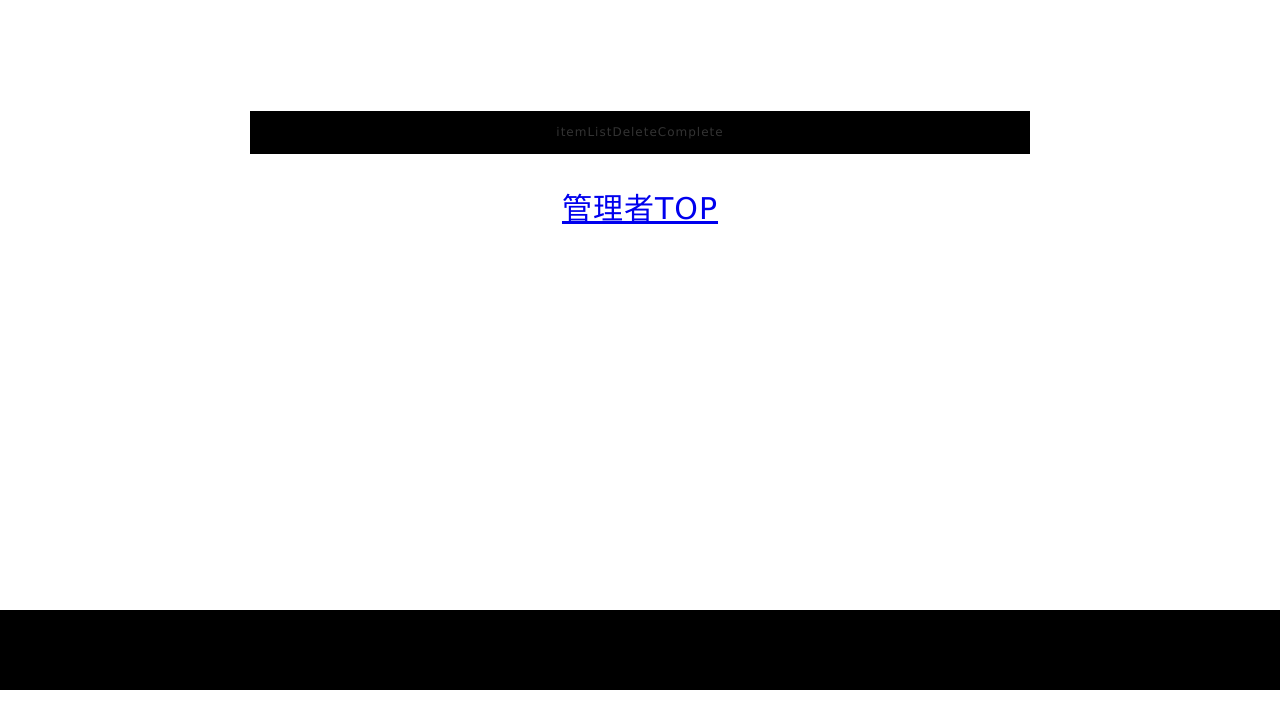
Repository: kazuki000/test
Page: http://localhost/ecsite/itemListDeleteComplete.jsp
The author's editor kept a copy of each file at every save. The page is drawn from the files as they stood at one save, then again after the next save.
The browser window is 1280 px wide. The pictures show the whole page.
The page is served by Tomcat 9. Other server files are loaded and not shown.

Above is the page before, as saved 2019-05-04 07:53:56.

### ecsite/WebContent/itemListDeleteComplete.jsp
<%@ page language="java" contentType="text/html; charset=UTF-8"
    pageEncoding="UTF-8"%>
<%@ taglib prefix="s" uri="/struts-tags"%>
<!DOCTYPE html PUBLIC "-//W3C//DTD HTML 4.01 Transitional//EN" "http://www.w3.org/TR/html4/loose.dtd">
<html>
<head>
	<meta http-equiv="Content-Type" content="text/html; charset=UTF-8">
	<meta http-equiv="Content-Style-Type" content="text/css"/>
	<meta http-equiv="Content-Script-Type" content="text/javascript"/>
	<meta http-equiv="imagetoolbar" content="no"/>
	<meta http-equiv="description" content=""/>
	<meta http-equiv="keywords" content=""/>
	<title>Insert title here</title>

	<style type="text/css">

	body{
		margin:0;
		padding:0;
		line-height:1.6;
		letter-spacing:1px;
		font-size:12px;
		font-family:Verdana,Helvetica,sans-serif;
		color:#333;
		background:#fff;
	}
	table{
		text-align:center;
		margin:0 auto;
	}

	#top{
		width:780px;
		margin:30px auto;
		background-color:black;
		border:1px solid #fff;
	}

	#header{
		width:100%;
		height:80px;
		background-color:#fff;
	}


	#main{
		margin:center;
		width:100%;
		height:500px;
		text-align:center;
	}

	#main2{
		font-size:30px;
	}

	#footer{
		width:100%;
		height:80px;
		background-color:black;
	}

	</style>
</head>
<body>
	<div id="header">
			<div id="pr">
			</div>
	</div>
	<div id="main">
			<div id="top">
					<p>itemListDeleteComplete</p>
			</div>
			<div id="main2">
				<a href='<s:url action="AdminAction"/>'>管理者TOP</a>
			</div>
		</div>
		<div id="footer">
				<div id="pr">
				</div>
		</div>
</body>
</html>

After the next save:
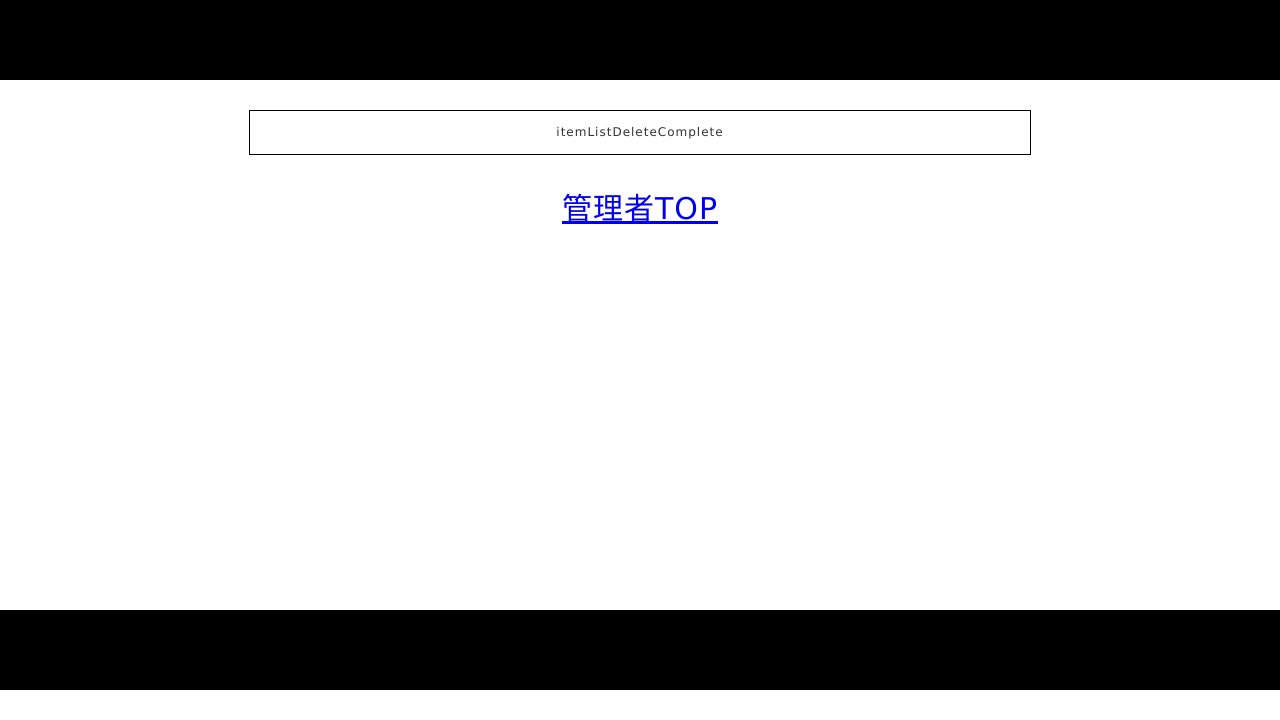
Saved 25 s later.
--- a/ecsite/WebContent/itemListDeleteComplete.jsp
+++ b/ecsite/WebContent/itemListDeleteComplete.jsp
@@ -32,14 +32,14 @@
 	#top{
 		width:780px;
 		margin:30px auto;
-		background-color:black;
-		border:1px solid #fff;
+		background-color:#fff;
+		border:1px solid black;
 	}
 
 	#header{
 		width:100%;
 		height:80px;
-		background-color:#fff;
+		background-color:black;
 	}
 
 
